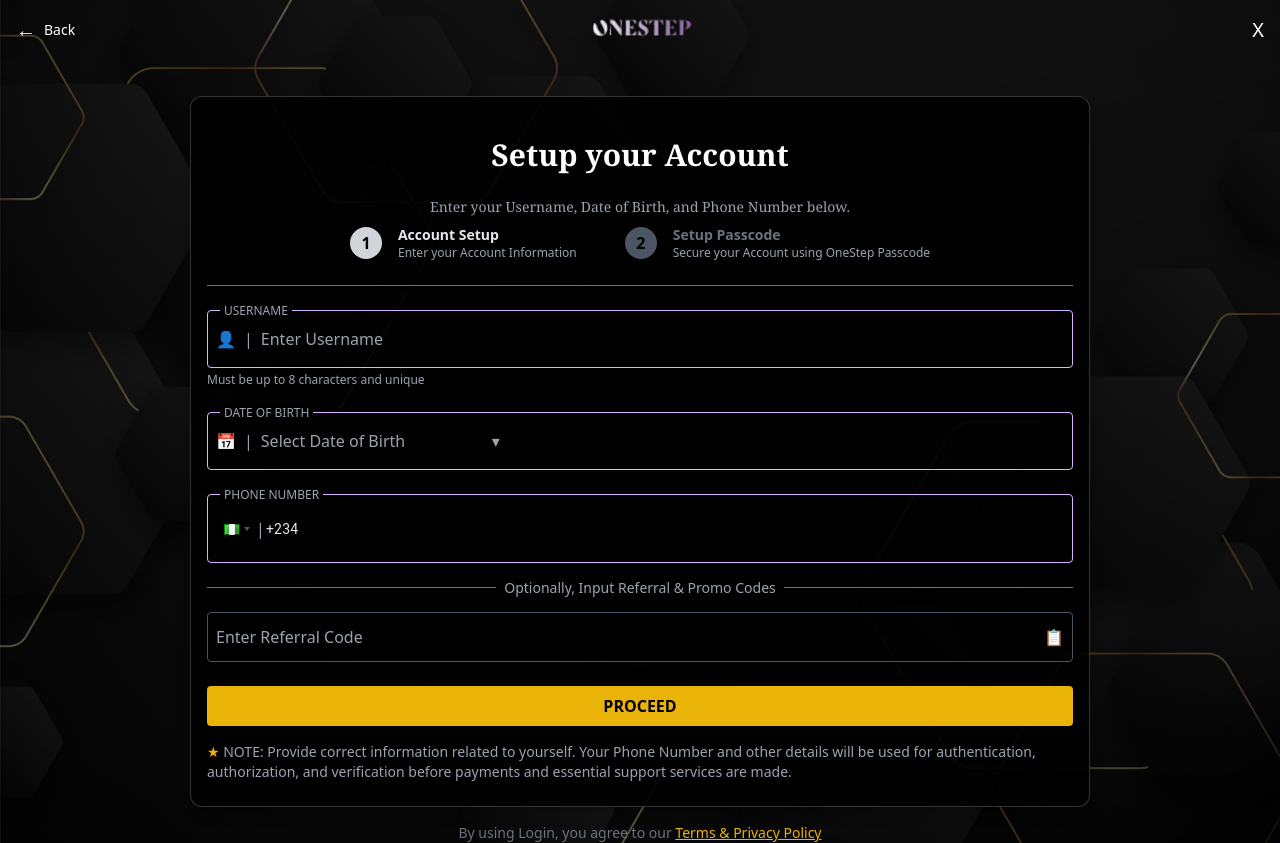
Repository: gloriousnetworker/onestep-authentication-system
Page: /account-setup
The author's editor kept a copy of each file at every save. The page is drawn from the files as they stood at one save, then again after a run of saves.
The browser window is 1280 px wide. The pictures show the whole page.
The project was rebuilt for these pictures with package versions that can differ from the ones it lists, and the page was loaded fresh each time. Also part of the build but not shown: vite.config.js, src/pages/LoginPage.jsx, src/pages/SignupPage.jsx, src/pages/GrantAccess.jsx, src/pages/GrantAccessSignup.jsx, src/pages/OTPVerificationPage.jsx, src/pages/OTPVerificationSignup.jsx, src/pages/PasswordPage.jsx and 7 more.

Above is the page before, as saved 2025-01-17 12:42:20.

### index.html
<!doctype html>
<html lang="en">
  <head>
    <meta charset="UTF-8" />
    <link rel="icon" type="image/svg+xml" href="/digitalfingerprint.png" />
    <meta name="viewport" content="width=device-width, initial-scale=1.0" />
    <title>ONESTEP</title>
  </head>
  <body>
    <div id="root"></div>
    <script type="module" src="/src/main.jsx"></script>
  </body>
</html>

### src/App.jsx
import { BrowserRouter as Router, Routes, Route } from 'react-router-dom';
import { useState } from 'react';  // Import useState to manage notification state
import LoginPage from './pages/LoginPage';
import SignupPage from './pages/SignupPage';
import GrantAccess from './pages/GrantAccess';
import GrantAccessSignup from './pages/GrantAccessSignup';
import OTPVerificationPage from './pages/OTPVerificationPage';
import OTPVerificationSignupPage from './pages/OTPVerificationSignup';
import AccountSetupPage from './pages/AccountSetupPage';
import PasswordPage from './pages/PasswordPage';
import PasscodeSetupPage from './pages/PasscodeSetupPage';
import KYCAmlSetupPage from './pages/KYCSetupPage';
import VerifyIdentityPage from './pages/VerifyIdentityPage';
import DashboardPage from './pages/DashboardPage';
import BiometricsLoginPage from './pages/BiometricLoginPage';
import BiometricsRegistrationPage from './pages/BiometricsSetupPage';
import NotificationPopup from './components/NotificationPopup';  // Import NotificationPopup
import PhotoSelfieWithIDPage from './pages/PhotoSelfieWithIdPage';

function App() {
  // State for managing notification
  const [notification, setNotification] = useState({
    message: "",
    type: "",
  });

  // Function to trigger notification
  const showNotification = (message, type) => {
    setNotification({ message, type });
    // Automatically clear notification after 3 seconds
    setTimeout(() => setNotification({ message: "", type: "" }), 3000);
  };

  return (
    <Router>
      {/* Notification Popup */}
      <NotificationPopup
        message={notification.message}
        type={notification.type}
        onClose={() => setNotification({ message: "", type: "" })}
      />

      <Routes>
        <Route path="/" element={<LoginPage showNotification={showNotification} />} />
        <Route path="/sign-up" element={<SignupPage showNotification={showNotification} />} />
        <Route path="/grant-access" element={<GrantAccess showNotification={showNotification} />} />
        <Route path="/grant-access-signup" element={<GrantAccessSignup showNotification={showNotification} />} />
        <Route path="/otp-verification" element={<OTPVerificationPage showNotification={showNotification} />} />
        <Route path="/otp-verification-signup" element={<OTPVerificationSignupPage showNotification={showNotification} />} />
        <Route path="/account-setup" element={<AccountSetupPage showNotification={showNotification} />} />
        <Route path="/password" element={<PasswordPage showNotification={showNotification} />} />
        <Route path="/passcode" element={<PasscodeSetupPage showNotification={showNotification} />} />
        <Route path="/biometrics-setup" element={<BiometricsRegistrationPage showNotification={showNotification} />} />
        <Route path="/biometrics-login" element={<BiometricsLoginPage showNotification={showNotification} />} />
        <Route path="/kyc-setup" element={<KYCAmlSetupPage showNotification={showNotification} />} />
        <Route path="/verify-kyc" element={<VerifyIdentityPage showNotification={showNotification} />} />
        <Route path="/photo-verification" element={<PhotoSelfieWithIDPage showNotification={showNotification} />} />
        <Route path="/dashboard" element={<DashboardPage showNotification={showNotification} />} />
      </Routes>
    </Router>
  );
}

export default App;

### src/pages/AccountSetupPage.jsx
import React, { useState } from "react";
import { useNavigate } from "react-router-dom";
import DatePicker from "react-datepicker";
import "react-datepicker/dist/react-datepicker.css";
import PhoneInput from "react-phone-input-2";
import "react-phone-input-2/lib/style.css";

const AccountSetupPage = () => {
  const navigate = useNavigate();
  const [dob, setDob] = useState(null);
  const [phone, setPhone] = useState("");
  const [username, setUsername] = useState("");
  const [errorMessage, setErrorMessage] = useState("");


  return (
    <div
      className="relative bg-cover bg-center min-h-screen flex flex-col justify-between"
      style={{
        backgroundImage:
          "linear-gradient(rgba(0, 0, 0, 0.6), rgba(0, 0, 0, 0.6)), url('/background.jpg')",
      }}
    >
      {/* Top Left: Back Button */}
      <div
        className="absolute top-4 left-4 flex items-center gap-2 cursor-pointer"
        onClick={() => navigate("/otp-verification-signup")}
      >
        <span className="text-white text-xl">&#8592;</span>
        <span className="text-white text-sm">Back</span>
      </div>

      {/* Top Middle: Logo */}
      <div className="absolute top-4 left-1/2 transform -translate-x-1/2">
        <img
          src="/onestep.png"
          alt="OneStep Logo"
          className="w-28 sm:w-25 h-6"
          loading="lazy"
        />
      </div>

      {/* Top Right: Close Button */}
      <div
        className="absolute top-4 right-4 text-white cursor-pointer text-xl hover:text-gray-400"
        aria-label="Close account setup page"
      >
        X
      </div>

      {/* Center Account Setup Card */}
      <div className="bg-black bg-opacity-90 border border-white border-opacity-20 rounded-xl shadow-lg w-[90%] max-w-[900px] flex flex-col justify-between mt-12 sm:mt-24 mx-auto px-4 py-6">
      <h1 className="text-white text-2xl sm:text-3xl font-bold mb-2 mt-4 text-center font-serif">
  Setup your Account
</h1>
<div className="text-center mb-4">
  {errorMessage && <p className="text-red-500 text-xs">{errorMessage}</p>}
</div>
<p className="text-gray-400 text-sm mb-2 text-center font-serif">
  Enter your Username, Date of Birth, and Phone Number below.
</p>


        {/* Steps */}
        <div className="flex justify-center items-start gap-12 mb-6">
          {/* Step 1 */}
          <div className="flex items-center">
            <div className="bg-gray-300 text-black font-semibold w-8 h-8 flex justify-center items-center rounded-full">
              1
            </div>
            <div className="ml-4">
              <h2 className="text-gray-200 text-sm font-bold">Account Setup</h2>
              <p className="text-gray-400 text-xs">
                Enter your Account Information
              </p>
            </div>
          </div>
          {/* Step 2 */}
          <div className="flex items-center">
            <div className="bg-gray-600 text-black font-semibold w-8 h-8 flex justify-center items-center rounded-full">
              2
            </div>
            <div className="ml-4">
              <h2 className="text-gray-500 text-sm font-bold">
                Setup Passcode
              </h2>
              <p className="text-gray-400 text-xs">
                Secure your Account using OneStep Passcode
              </p>
            </div>
          </div>
        </div>

        <hr className="border-gray-500 mb-6" />

        {/* Username Input */}
        <div className="mb-6">
          <div className="relative border border-purple-300 rounded px-2 py-4">
            <label className="absolute -top-2 left-3 bg-black px-1 text-xs text-gray-400">
              USERNAME
            </label>
            <div className="flex items-center">
              <span className="text-gray-400">👤</span>
              <span className="text-gray-400 mx-2">|</span>
              <input
  type="text"
  placeholder="Enter Username"
  className="bg-transparent outline-none text-gray-200 flex-1"
  value={username}
  onChange={(e) => setUsername(e.target.value)}
  onBlur={() => {
    if (username.length < 8) {
      setErrorMessage("Username must be at least 8 characters long.");
    } else {
      setErrorMessage("");
    }
  }}
/>
{errorMessage && <p className="text-red-500 text-xs mt-1">{errorMessage}</p>}


            </div>
          </div>
          <p className="text-gray-400 text-xs mt-1">
            Must be up to 8 characters and unique
          </p>
        </div>

        {/* Date of Birth Input */}
        <div className="mb-6">
          <div className="relative border border-purple-300 rounded px-2 py-4 flex items-center">
            <label className="absolute -top-2 left-3 bg-black px-1 text-xs text-gray-400">
              DATE OF BIRTH
            </label>
            <span className="text-gray-400">📅</span>
            <span className="text-gray-400 mx-2">|</span>
            <DatePicker
              selected={dob}
              onChange={(date) => setDob(date)}
              className="bg-transparent outline-none text-gray-200 flex-1 w-full"
              placeholderText="Select Date of Birth"
            />
            {errorMessage && <p className="text-red-500 text-xs mt-1">{errorMessage}</p>}
            <span className="text-gray-400">&#9662;</span>
          </div>
        </div>

        {/* Phone Number Input */}
        <div className="mb-6">
          <div className="relative border border-purple-300 rounded px-2 py-4 flex items-center">
            <label className="absolute -top-2 left-3 bg-black px-1 text-xs text-gray-400">
              PHONE NUMBER
            </label>
            <PhoneInput
              country={"ng"}
              value={phone}
              onChange={(phone) => setPhone(phone)}
              inputStyle={{
                background: "transparent",
                color: "#e5e7eb",
                border: "none",
                paddingLeft: "50px", // Creates space for the country code dropdown and separator
              }}
              buttonStyle={{
                background: "transparent", // Removes white background
                border: "none", // Removes border
              }}
              containerClass="phone-input-container"
              dropdownClass="custom-dropdown" // Optional: Add custom dropdown styles if needed
            />
            {errorMessage && <p className="text-red-500 text-xs mt-1">{errorMessage}</p>}
            {/* Separator and Placeholder */}
            <div className="absolute left-12 flex items-center text-gray-400">
              <span>|</span>
            </div>
          </div>
        </div>

        <div className="relative flex items-center justify-center mb-6">
          <hr className="border-gray-500 w-full" />
          <span className="absolute bg-black px-2 text-gray-400 text-sm">
            Optionally, Input Referral & Promo Codes
          </span>
        </div>

        {/* Referral and Promo Codes Section */}
        <div className="mb-6">
          <div className="border border-gray-600 rounded px-2 py-3 flex items-center justify-between">
            <input
              type="text"
              placeholder="Enter Referral Code"
              className="bg-transparent text-gray-200 outline-none flex-1"
            />
            <span className="text-gray-400 ml-2">📋</span>
          </div>
        </div>

        <button
  className="bg-yellow-500 hover:bg-yellow-600 text-black font-semibold w-full py-2 rounded mb-4"
  onClick={() => {
    if (!username || username.length < 8) {
      setErrorMessage("Please provide a valid username.");
      return;
    }
    if (!dob) {
      setErrorMessage("Please select your Date of Birth.");
      return;
    }
    if (!phone || phone.length < 10) {
      setErrorMessage("Please provide a valid phone number.");
      return;
    }

    // Save details to localStorage
    const userDetails = {
      username,
      dob: dob.toISOString().split("T")[0], // Format DOB as YYYY-MM-DD
      phone,
    };
    localStorage.setItem("userDetails", JSON.stringify(userDetails));

    // Show Redirecting message
    setErrorMessage("Redirecting to Onestep Passcode...");
    setTimeout(() => {
      navigate("/passcode");
    }, 2000);
  }}
>
  PROCEED
</button>


        <p className="text-gray-400 text-sm">
          <span className="text-yellow-500">★</span> NOTE: Provide correct
          information related to yourself. Your Phone Number and other details
          will be used for authentication, authorization, and verification
          before payments and essential support services are made.
        </p>
      </div>

      {/* Footer */}
      <div className="text-center text-sm text-gray-500 mt-4">
        By using Login, you agree to our{" "}
        <span className="text-yellow-500 underline cursor-pointer">
          Terms & Privacy Policy
        </span>
      </div>
    </div>
  );
};

export default AccountSetupPage;

### src/components/NotificationPopup.jsx
import React from "react";

const NotificationPopup = ({ message, type, onClose }) => {
  // Define alert styles based on the type
  const typeStyles = {
    success: "bg-green-500 text-white",
    error: "bg-red-500 text-white",
    warning: "bg-yellow-500 text-black",
    info: "bg-blue-500 text-white",
  };

  return (
    <div
      className={`fixed top-4 right-4 w-[300px] sm:w-[400px] p-4 rounded-md shadow-lg transition-transform transform ${
        message ? "scale-100" : "scale-0"
      } ${typeStyles[type] || "bg-gray-500 text-white"}`}
    >
      <div className="flex justify-between items-center">
        {/* Message Content */}
        <span className="text-sm sm:text-base">{message}</span>

        {/* Close Button */}
        <button
          onClick={onClose}
          className="ml-4 text-lg font-bold hover:text-opacity-80"
          aria-label="Close notification"
        >
          &times;
        </button>
      </div>
    </div>
  );
};

export default NotificationPopup;

### tailwind.config.js
module.exports = {
  content: [
    "./index.html",
    "./src/**/*.{js,jsx,ts,tsx}",
  ],
  theme: {
    extend: {
      fontFamily: {
        'times': ['Times New Roman', 'serif'],
      },
    },
  },
  plugins: [],
};

Loaded but not shown: src/main.jsx (common file); src/index.css (common file)

After the next 5 saves:
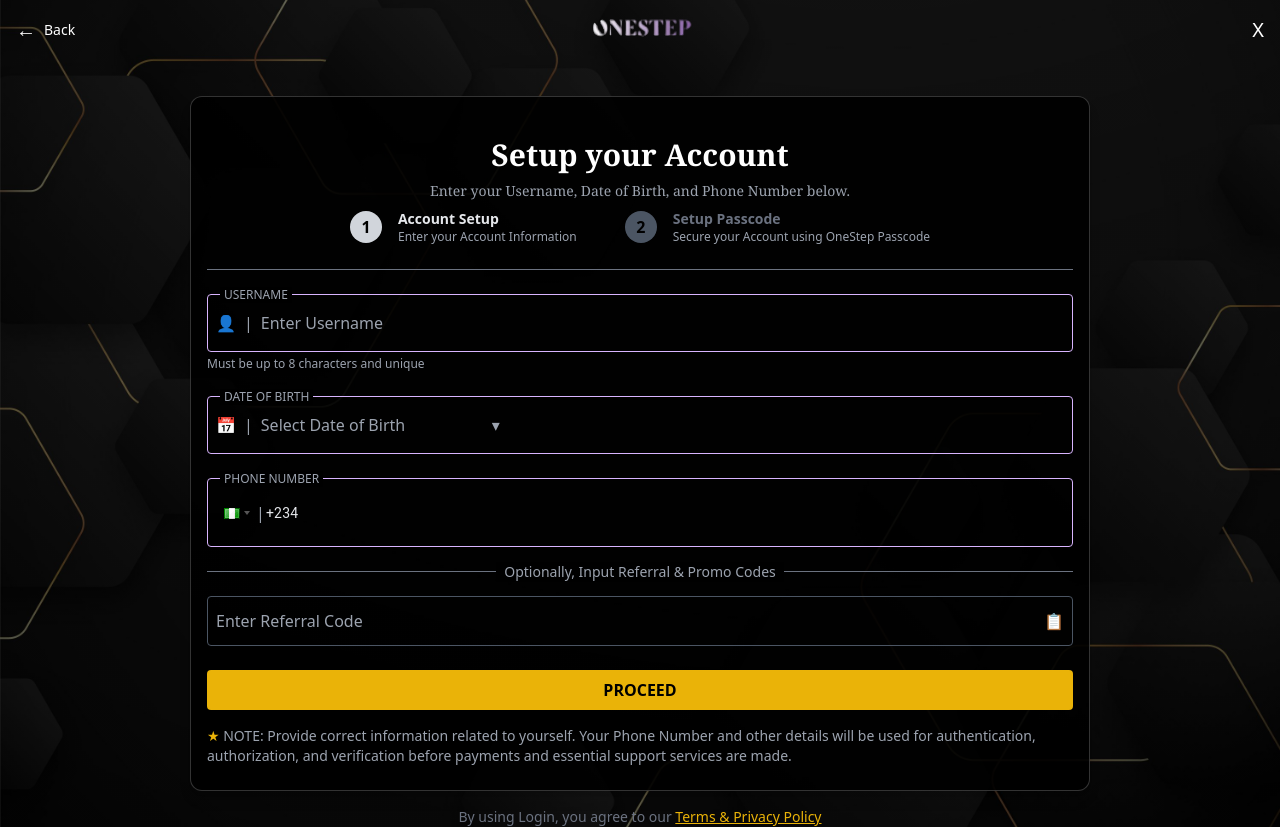
The 5 saves are shown as one change because they came seconds apart.
The last was saved 3 min 46 s later.
--- a/src/pages/AccountSetupPage.jsx
+++ b/src/pages/AccountSetupPage.jsx
@@ -9,8 +9,6 @@ const AccountSetupPage = () => {
   const navigate = useNavigate();
   const [dob, setDob] = useState(null);
   const [phone, setPhone] = useState("");
-  const [username, setUsername] = useState("");
-  const [errorMessage, setErrorMessage] = useState("");
 
 
   return (
@@ -50,16 +48,12 @@ const AccountSetupPage = () => {
 
       {/* Center Account Setup Card */}
       <div className="bg-black bg-opacity-90 border border-white border-opacity-20 rounded-xl shadow-lg w-[90%] max-w-[900px] flex flex-col justify-between mt-12 sm:mt-24 mx-auto px-4 py-6">
-      <h1 className="text-white text-2xl sm:text-3xl font-bold mb-2 mt-4 text-center font-serif">
-  Setup your Account
-</h1>
-<div className="text-center mb-4">
-  {errorMessage && <p className="text-red-500 text-xs">{errorMessage}</p>}
-</div>
-<p className="text-gray-400 text-sm mb-2 text-center font-serif">
-  Enter your Username, Date of Birth, and Phone Number below.
-</p>
-
+        <h1 className="text-white text-2xl sm:text-3xl font-bold mb-2 mt-4 text-center font-serif">
+          Setup your Account
+        </h1>
+        <p className="text-gray-400 text-sm mb-2 text-center font-serif">
+          Enter your Username, Date of Birth, and Phone Number below.
+        </p>
 
         {/* Steps */}
         <div className="flex justify-center items-start gap-12 mb-6">
@@ -103,22 +97,10 @@ const AccountSetupPage = () => {
               <span className="text-gray-400">👤</span>
               <span className="text-gray-400 mx-2">|</span>
               <input
-  type="text"
-  placeholder="Enter Username"
-  className="bg-transparent outline-none text-gray-200 flex-1"
-  value={username}
-  onChange={(e) => setUsername(e.target.value)}
-  onBlur={() => {
-    if (username.length < 8) {
-      setErrorMessage("Username must be at least 8 characters long.");
-    } else {
-      setErrorMessage("");
-    }
-  }}
-/>
-{errorMessage && <p className="text-red-500 text-xs mt-1">{errorMessage}</p>}
-
-
+                type="text"
+                placeholder="Enter Username"
+                className="bg-transparent outline-none text-gray-200 flex-1"
+              />
             </div>
           </div>
           <p className="text-gray-400 text-xs mt-1">
@@ -140,7 +122,6 @@ const AccountSetupPage = () => {
               className="bg-transparent outline-none text-gray-200 flex-1 w-full"
               placeholderText="Select Date of Birth"
             />
-            {errorMessage && <p className="text-red-500 text-xs mt-1">{errorMessage}</p>}
             <span className="text-gray-400">&#9662;</span>
           </div>
         </div>
@@ -168,7 +149,6 @@ const AccountSetupPage = () => {
               containerClass="phone-input-container"
               dropdownClass="custom-dropdown" // Optional: Add custom dropdown styles if needed
             />
-            {errorMessage && <p className="text-red-500 text-xs mt-1">{errorMessage}</p>}
             {/* Separator and Placeholder */}
             <div className="absolute left-12 flex items-center text-gray-400">
               <span>|</span>
@@ -195,40 +175,10 @@ const AccountSetupPage = () => {
           </div>
         </div>
 
-        <button
-  className="bg-yellow-500 hover:bg-yellow-600 text-black font-semibold w-full py-2 rounded mb-4"
-  onClick={() => {
-    if (!username || username.length < 8) {
-      setErrorMessage("Please provide a valid username.");
-      return;
-    }
-    if (!dob) {
-      setErrorMessage("Please select your Date of Birth.");
-      return;
-    }
-    if (!phone || phone.length < 10) {
-      setErrorMessage("Please provide a valid phone number.");
-      return;
-    }
-
-    // Save details to localStorage
-    const userDetails = {
-      username,
-      dob: dob.toISOString().split("T")[0], // Format DOB as YYYY-MM-DD
-      phone,
-    };
-    localStorage.setItem("userDetails", JSON.stringify(userDetails));
-
-    // Show Redirecting message
-    setErrorMessage("Redirecting to Onestep Passcode...");
-    setTimeout(() => {
-      navigate("/passcode");
-    }, 2000);
-  }}
->
-  PROCEED
-</button>
-
+        {/* Proceed Button */}
+        <button className="bg-yellow-500 hover:bg-yellow-600 text-black font-semibold w-full py-2 rounded mb-4">
+          PROCEED
+        </button>
 
         <p className="text-gray-400 text-sm">
           <span className="text-yellow-500">★</span> NOTE: Provide correct
